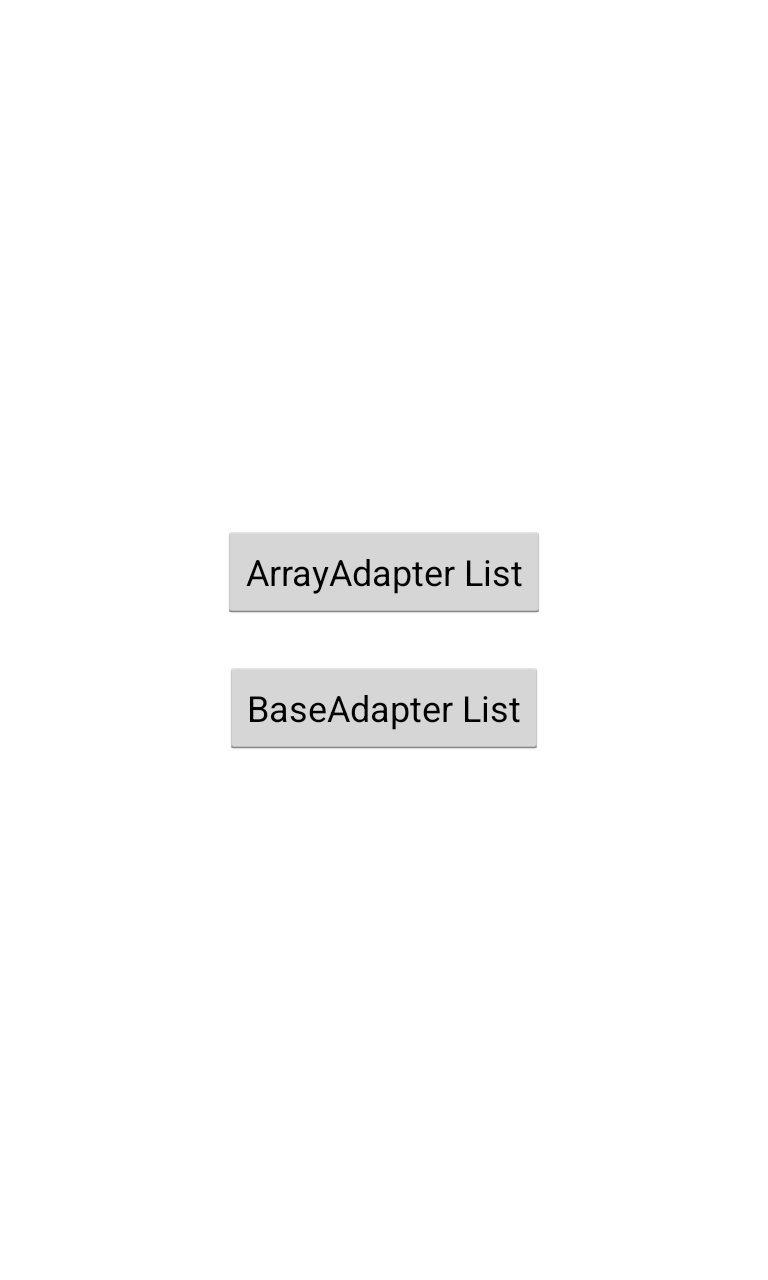
Repository: lcbasu/android
Layout: Example Projects/Code-Learn-Android-Example-master/CodeLearnListExample/res/layout/codelearn_list_home.xml
These files come from the project's save history. The layout is drawn as it stood at one moment and after the next save; the edit follows.
It is drawn on a 768 x 1280 px phone screen (xhdpi) without system bars, with theme AppTheme; the app's code is not run.

Above is the layout before, as saved 2013-12-16 15:32:43.

### Example Projects/Code-Learn-Android-Example-master/CodeLearnListExample/res/layout/codelearn_list_home.xml
<?xml version="1.0" encoding="utf-8"?>
<LinearLayout xmlns:android="http://schemas.android.com/apk/res/android"
    android:layout_width="match_parent"
    android:layout_height="match_parent"
    android:orientation="vertical"
    android:gravity="center" >

    <Button
        android:id="@+id/button1"
        android:layout_width="wrap_content"
        android:layout_height="wrap_content"
        android:text="ArrayAdapter List"
        android:layout_marginBottom="20dp"/>

    <Button
        android:id="@+id/button2"
        android:layout_width="wrap_content"
        android:layout_height="wrap_content"
        android:text="BaseAdapter List" />

</LinearLayout>

Loaded but not shown: Example Projects/Code-Learn-Android-Example-master/CodeLearnListExample/res/values/styles.xml (common file); Example Projects/Code-Learn-Android-Example-master/CodeLearnListExample/res/values-v11/styles.xml (common file); Example Projects/Code-Learn-Android-Example-master/CodeLearnListExample/res/values-v14/styles.xml (common file)

After the next save:
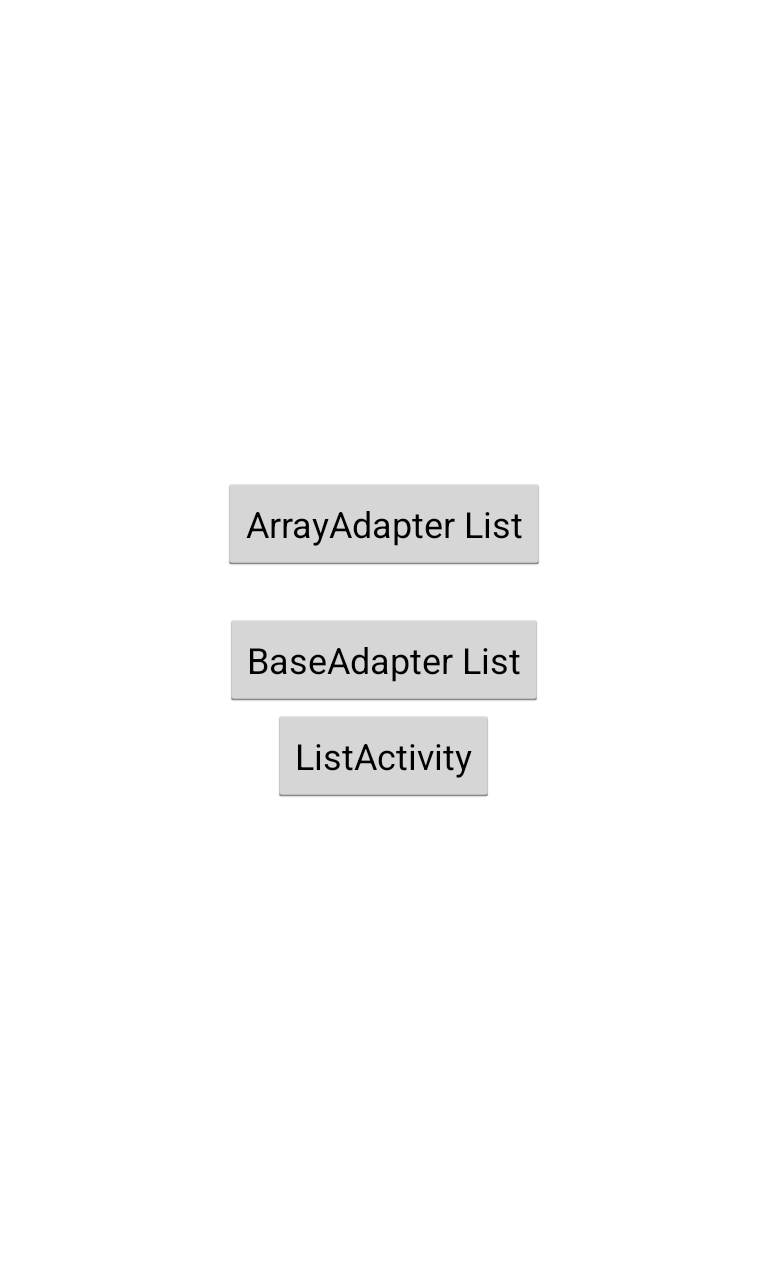
Saved 5 min 59 s later.
--- a/Example Projects/Code-Learn-Android-Example-master/CodeLearnListExample/res/layout/codelearn_list_home.xml
+++ b/Example Projects/Code-Learn-Android-Example-master/CodeLearnListExample/res/layout/codelearn_list_home.xml
@@ -18,4 +18,11 @@
         android:layout_height="wrap_content"
         android:text="BaseAdapter List" />
 
+
+    <Button
+        android:id="@+id/button3"
+        android:layout_width="wrap_content"
+        android:layout_height="wrap_content"
+        android:text="ListActivity" />
+
 </LinearLayout>
